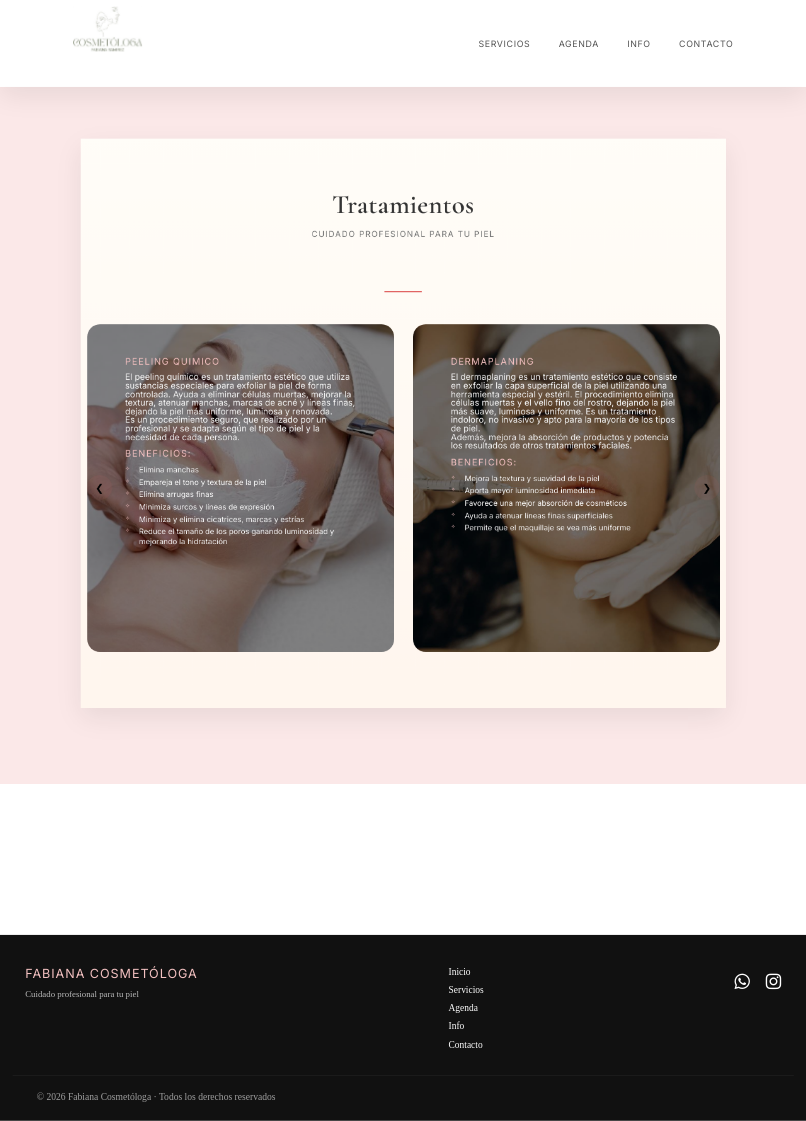
Repository: thiagobal1891-sudo/paginaweb
Page: pages/servicios.html
These files come from the project's save history. The page is drawn as it stood at one moment and after the next save; the edit follows.
The browser window is 1280 px wide. The pictures show the whole page, at 63% of full size.
Some web fonts or font styles are not loaded; a fallback is used.

Above is the page before, as saved 2026-03-16 20:12:20.
Console error: ReferenceError: emailjs is not defined

### pages/servicios.html
<!DOCTYPE html>
<html lang="es">

<head>
  <meta charset="UTF-8">
  <meta name="viewport" content="width=device-width, initial-scale=1.0">
  <title>Fabiana Cosmetóloga</title>
  <link rel="stylesheet" href="../css/style.css">
  <link rel="preconnect" href="https://fonts.googleapis.com">
  <link rel="preconnect" href="https://fonts.gstatic.com" crossorigin>
  <link
    href="https://fonts.googleapis.com/css2?family=Melodrama:wght@400;500;600;700&family=Inter:wght@100..900&family=Poppins:wght@100..900&family=Cormorant+Garamond:wght@300..700&display=swap"
    rel="stylesheet">
  <link rel="stylesheet" href="https://cdnjs.cloudflare.com/ajax/libs/font-awesome/6.5.0/css/all.min.css"
    crossorigin="anonymous" referrerpolicy="no-referrer" />
</head>

<body>
  <header>
    <div class="container">
      <a href="../index.html" class="logo">
        <img src="../media/logo.png" alt="Logo de la marca">
      </a>
      <nav>
        <a href="servicios.html">SERVICIOS</a>
        <a href="agenda.html">AGENDA</a>
        <a href="info.html">INFO</a>
        <a href="contacto.html">CONTACTO</a>
      </nav>
    </div>
  </header>
<main>
  <section id="Tratamientos" class="appear">
  <div class="container">
<div class="section-title">
  <h2>Tratamientos</h2>
  <p>Cuidado profesional para tu piel</p>
</div>
    <div class="carousel-wrapper">

      <div class="arrow left">&#10094;</div>
      <div class="carta-tratamientos">

        <div class="carta">
          <h3>PEELING QUIMICO</h3>
          <p class="info_carta">El peeling químico es un tratamiento estético que utiliza sustancias especiales para exfoliar la piel de forma controlada.
          Ayuda a eliminar células muertas, mejorar la textura, atenuar manchas, marcas de acné y líneas finas, dejando la piel más uniforme, luminosa y renovada.
          <br>Es un procedimiento seguro, que realizado por un profesional y se adapta según el tipo de piel y la necesidad de cada persona.</p>
          <h3>Beneficios:</h3>
          <ul>
            <li>Elimina manchas</li>
          <li>Empareja el tono y textura de la piel</li>
          <li>Elimina arrugas finas</li>
          <li>Minimiza surcos y líneas de expresión</li>
          <li>Minimiza y elimina cicatrices, marcas y estrías</li>
          <li>Reduce el tamaño de los poros ganando luminosidad y mejorando la hidratación </li>
        </ul>
        </div>

        <div class="carta">
          <h3>DERMAPLANING</h3>
          <p class="info_carta">El dermaplaning es un tratamiento estético que consiste en exfoliar la capa superficial de la piel utilizando una herramienta especial y estéril. El procedimiento elimina células muertas y el vello fino del rostro, dejando la piel más suave, luminosa y uniforme.
          Es un tratamiento indoloro, no invasivo y apto para la mayoría de los tipos de piel. <br> Además, mejora la absorción de productos y potencia los resultados de otros tratamientos faciales.</p>
                  <h3>Beneficios:</h3>
                  <ul>
                  <li>Mejora la textura y suavidad de la piel</li>
                  <li>Aporta mayor luminosidad inmediata</li>
                  <li>Favorece una mejor absorción de cosméticos</li>
                  <li>Ayuda a atenuar líneas finas superficiales</li>
                  <li>Permite que el maquillaje se vea más uniforme</li>
                  </ul>
        </div>

        <div class="carta">
          <h3>RADIOFRECUENCIA</h3>
                  <p class="info_carta">La radiofrecuencia facial es un tratamiento estético no invasivo que utiliza ondas electromagnéticas para generar calor en las capas profundas de la piel. Este calor estimula la producción natural de colágeno y elastina, ayudando a mejorar la firmeza y elasticidad del rostro.
                  <br>Es un procedimiento seguro y confortable, ideal para combatir la flacidez y los signos del envejecimiento sin necesidad de cirugía ni tiempo de recuperación.</p>
                  <h3>Beneficios:</h3>
                  <ul>
                  <li>Mejora la firmeza y tonicidad de la piel</li>
                  <li>Estimula la producción de colágeno</li>
                  <li>Reduce la apariencia de arrugas y líneas de expresión</li>
                  <li>Mejora el contorno facial</li>
                  <li>Aporta un efecto tensor progresivo y natural</li>
                  </ul>
        </div>

        <div class="carta">
          <h3>ALTA FRECUENCIA</h3>
                  <p class="info_carta">La alta frecuencia es un tratamiento estético que utiliza corrientes eléctricas suaves para oxigenar la piel, estimular la circulación y mejorar su aspecto general. Se aplica mediante un electrodo de vidrio que produce una leve chispa controlada, generando un efecto bactericida y descongestivo.
                  <br>Es especialmente recomendado para pieles con acné, exceso de grasa o poros dilatados, ya que ayuda a purificar y equilibrar la piel sin causar molestias.</p>
                  <h3>Beneficios:</h3>
                  <ul>
                  <li>Tiene efecto bactericida, ideal para pieles acneicas</li>
                  <li>Reduce la inflamación y enrojecimiento</li>
                  <li>Mejora la circulación y oxigenación de la piel</li>
                  <li>Ayuda a cicatrizar pequeñas lesiones</li>
                  <li>Regula el exceso de grasa y cierra los poros</li>
                  </ul>
        </div>

        <div class="carta">
          <h3>MICRODERMOABRASIÓN</h3>
                  <p class="info_carta">La microdermoabrasión es un tratamiento estético que exfolia la piel de manera mecánica y controlada, eliminando células muertas de la capa superficial. Se realiza con un equipo especializado que ayuda a renovar la piel y estimular la regeneración celular.
                  <br>Es un procedimiento no invasivo, seguro y apto para distintos tipos de piel, ideal para mejorar la textura, luminosidad y apariencia general del rostro.</p>
                  <h3>Beneficios:</h3>
                  <ul>
                  <li>Elimina células muertas y renueva la piel</li>
                  <li>Mejora la textura y suavidad del rostro</li>
                  <li>Atenúa manchas superficiales y marcas leves de acné</li>
                  <li>Reduce la apariencia de poros dilatados</li>
                  <li>Estimula la regeneración celular y aporta luminosidad</li>
                  </ul>
        </div>

        <div class="carta">
          <h3>DERMAPEN</h3>
                  <p class="info_carta">El Dermapen es un tratamiento estético que utiliza un dispositivo con microagujas para realizar pequeñas punciones controladas en la piel. Estas microperforaciones estimulan la producción natural de colágeno y elastina, favoreciendo la regeneración y mejorando la calidad de la piel.
                  <br>Es un procedimiento mínimamente invasivo que <br> se adapta según la necesidad de cada persona, y puede aplicarse en rostro y otras zonas para tratar diferentes imperfecciones.</p>
                  <h3>Beneficios:</h3>
                  <ul>
                  <li>Estimula la producción de colágeno y elastina</li>
                  <li>Mejora la textura y firmeza de la piel</li>
                  <li>Atenúa cicatrices de acné y marcas</li>
                  <li>Reduce líneas finas y arrugas</li>
                  <li>Mejora la apariencia de manchas y poros dilatados</li>
                  </ul>
        </div>

                <div class="carta">
          <h3>ELECTROPORACIÓN</h3>
                  <p class="info_carta">La electroporación es un tratamiento estético no invasivo que utiliza impulsos eléctricos suaves para facilitar la penetración de principios activos en las capas más profundas de la piel, sin necesidad de agujas. Este proceso mejora la absorción de nutrientes, vitaminas y ácido hialurónico, potenciando los resultados del tratamiento.
                  <br>Es una técnica indolora y segura, ideal para revitalizar la piel y mejorar su aspecto de manera efectiva.</p>
                  <h3>Beneficios:</h3>
                  <ul>
                  <li>Favorece la penetración profunda de activos</li>
                  <li>Mejora la hidratación y nutrición de la piel</li>
                  <li>Aporta mayor luminosidad y vitalidad</li>
                  <li>Potencia los resultados de otros tratamientos</li>
                  <li>Es un procedimiento no invasivo y sin tiempo de recuperación</li>
                  </ul>
        </div>
      </div>
      <div class="arrow right">&#10095;</div>
    </div>
  </div>
  </section>

    <section id="infocosmet" class="appear">

</main>

<footer class="footer">
  <div class="footer-container">
    <div class="footer-brand">
      <h3>Fabiana Cosmetóloga</h3>
      <p>Cuidado profesional para tu piel</p>
    </div>
    <div class="footer-links">
      <a href="../index.html">Inicio</a>
      <a href="../pages/servicios.html">Servicios</a>
      <a href="../pages/agenda.html">Agenda</a>
      <a href="../pages/info.html">Info</a>
      <a href="../pages/contacto.html">Contacto</a>
    </div>
    <div class="footer-social">
      <a href="https://wa.me/59894623252" target="_blank">
        <i class="fa-brands fa-whatsapp"></i>
      </a>
      <a href="https://www.instagram.com/prettyfacefd" target="_blank">
        <i class="fa-brands fa-instagram"></i>
      </a>
    </div>
  </div>

  <div class="footer-bottom">
    <p>© 2026 Fabiana Cosmetóloga · Todos los derechos reservados</p>
  </div>
</footer>
  <script src="https://cdn.jsdelivr.net/npm/emailjs-com@3/dist/email.min.js"></script>
  <script src="../script.js" defer></script>
<a href="https://www.instagram.com/prettyfacefd" class="instagram-float" aria-label="Enviar mensaje por instagram" target="_blank">
  <i class="fa-brands fa-instagram"></i>
</a>
<a href="https://wa.me/59894623252" class="whatsapp-float" aria-label="Enviar mensaje por WhatsApp" target="_blank">
<i class="fa-brands fa-whatsapp"></i>
</a>
</body>
</html>

Loaded but not shown: script.js (129 lines, source omitted); css/style.css (1096 lines, source omitted)

After the next save:
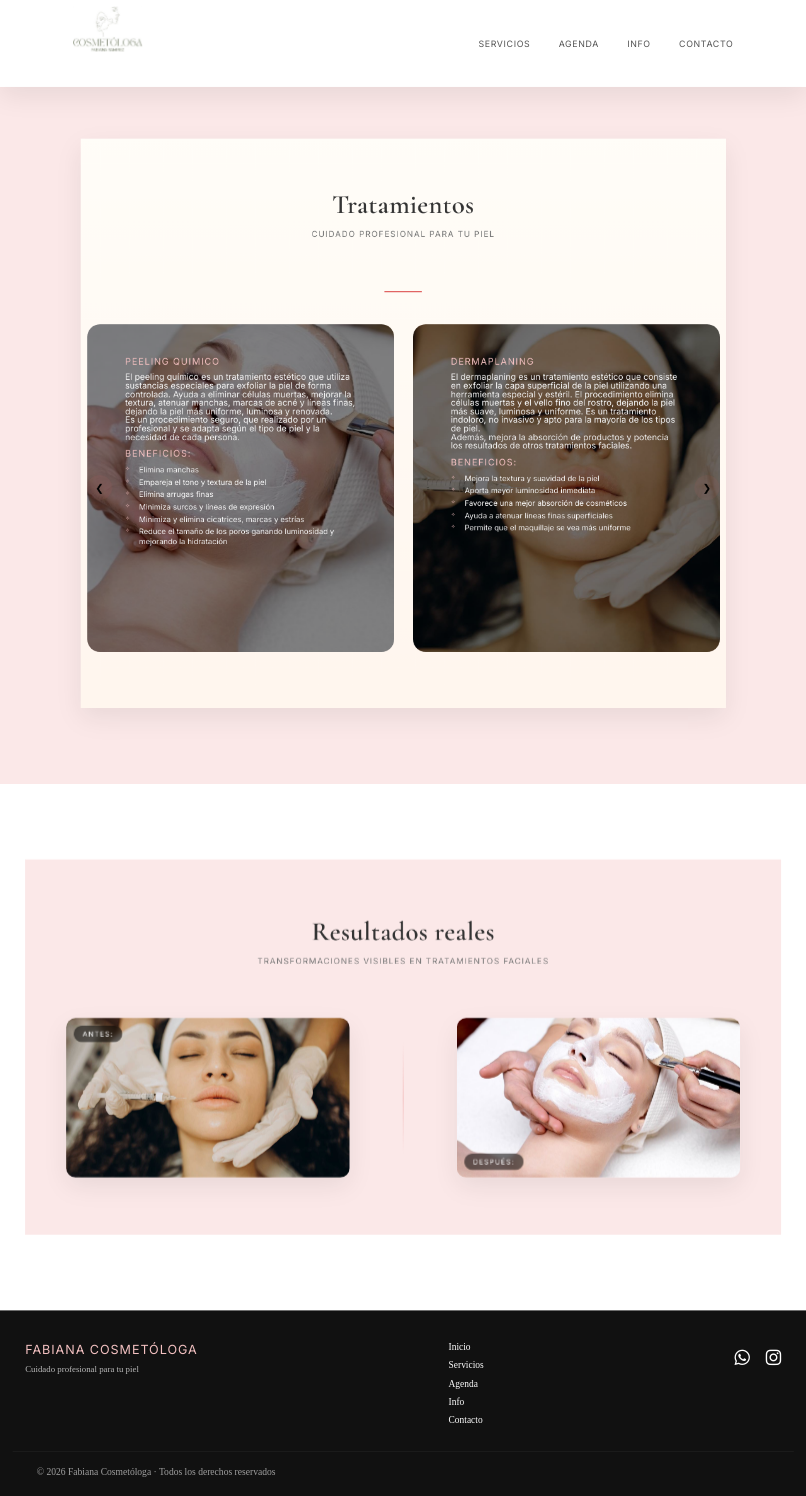
Saved 40 s later.
--- a/pages/servicios.html
+++ b/pages/servicios.html
@@ -147,7 +147,108 @@
   </section>
 
     <section id="infocosmet" class="appear">
-
+    <div class="carousel_infocosmet">
+<div class="section-title no-line">
+<h2>Resultados reales</h2>
+  <p>Transformaciones visibles en tratamientos faciales</p>
+</div>
+<div class="carousel-track">
+  <div class="slide">
+    <div class="img-wrapper">
+      <span class="badge top">ANTES:</span>
+      <img   src="media/Tratamientos-2.jpg"
+  alt="Antes del tratamiento facial"
+  loading="lazy"
+  decoding="async">
+
+    </div>
+    <div class="img-wrapper">
+      <span class="badge bottom">DESPUÉS:</span>
+      <img   src="media/Tratamientos-3.jpg"
+  alt="Antes del tratamiento facial"
+  loading="lazy"
+  decoding="async">
+
+    </div>
+  </div>
+
+  <div class="slide">
+    <div class="img-wrapper">
+      <span class="badge top">ANTES:</span>
+      <img   src="media/Tratamientos-2.jpg"
+  alt="Antes del tratamiento facial"
+  loading="lazy"
+  decoding="async">
+
+    </div>
+    <div class="img-wrapper">
+      <span class="badge bottom">DESPUÉS:</span>
+      <img   src="media/Tratamientos-3.jpg"
+  alt="Antes del tratamiento facial"
+  loading="lazy"
+  decoding="async">
+
+    </div>
+  </div>
+
+  <div class="slide">
+    <div class="img-wrapper">
+        <span class="badge top">ANTES:</span>
+      <img   src="media/Tratamientos-2.jpg"
+  alt="Antes del tratamiento facial"
+  loading="lazy"
+  decoding="async">
+
+    </div>
+    <div class="img-wrapper">
+      <span class="badge bottom">DESPUÉS:</span>
+      <img   src="media/Tratamientos-3.jpg"
+  alt="Antes del tratamiento facial"
+  loading="lazy"
+  decoding="async">
+
+    </div>
+  </div>
+
+    <div class="slide">
+    <div class="img-wrapper">
+          <span class="badge top">ANTES:</span>
+      <img   src="media/Tratamientos-2.jpg"
+  alt="Antes del tratamiento facial"
+  loading="lazy"
+  decoding="async">
+
+    </div>
+    <div class="img-wrapper">
+      <span class="badge bottom">DESPUÉS:</span>
+      <img   src="media/Tratamientos-3.jpg"
+  alt="Antes del tratamiento facial"
+  loading="lazy"
+  decoding="async">
+    </div>
+  </div>
+
+<div class="slide">
+  <div class="img-wrapper">
+    <span class="badge top">ANTES:</span>
+    <img   src="media/Tratamientos-2.jpg"
+  alt="Antes del tratamiento facial"
+  loading="lazy"
+  decoding="async">
+  </div>
+
+  <div class="img-wrapper">
+    <span class="badge bottom">DESPUÉS:</span>
+    <img   src="media/Tratamientos-3.jpg"
+  alt="Antes del tratamiento facial"
+  loading="lazy"
+  decoding="async">
+  </div>
+</div>
+  </div>
+
+</div>
+  </section>
 </main>
 
 <footer class="footer">
